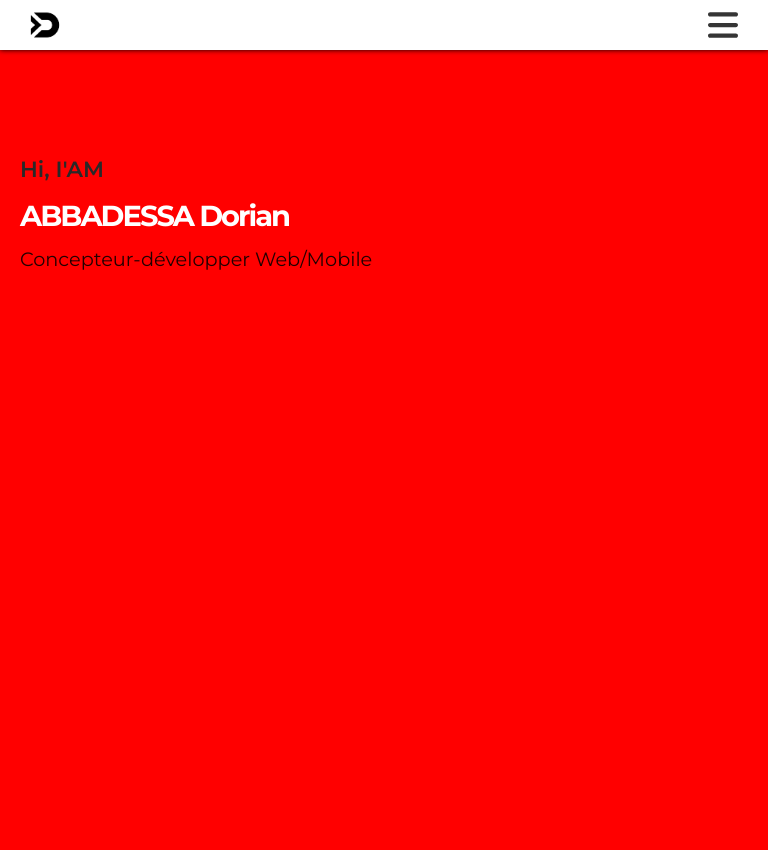
Repository: DorianABDS/Portfolio-ABBADESSA-Dorian
Page: index.html
The author's editor kept a copy of each file at every save. The page is drawn from the files as they stood at one save, then again after the next save.
The browser window is 768 px wide. The pictures show the whole page.

Above is the page before, as saved 2024-11-26 20:27:27.

After the next save:
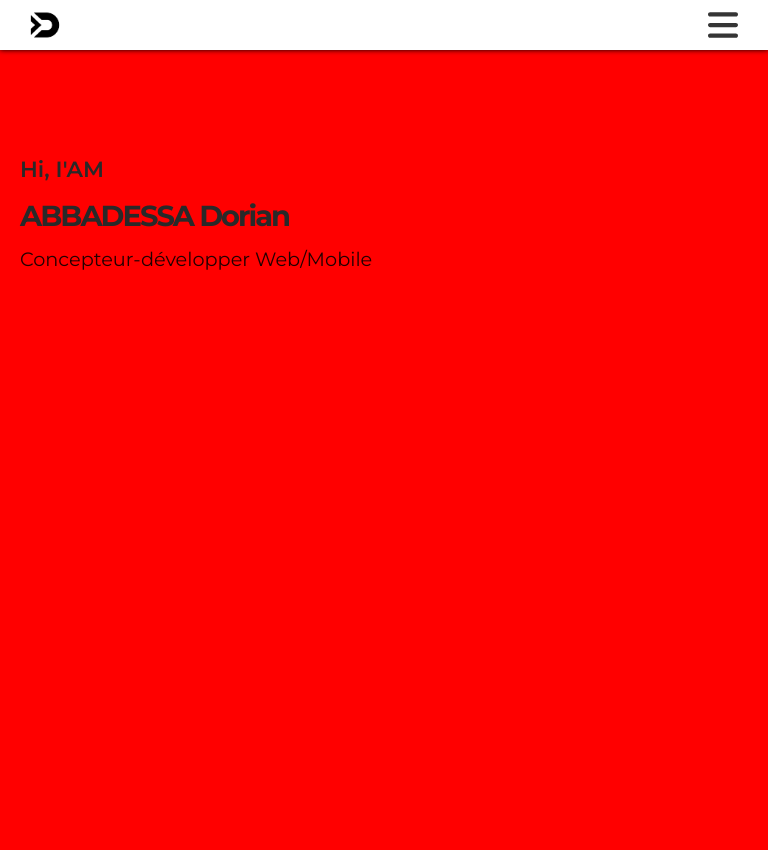
Saved 11 s later.
--- a/style.css
+++ b/style.css
@@ -159,7 +159,7 @@ html, body {
     }
 
     .accueil h1 {
-        color: #fff;
+        color: #292929;
         letter-spacing: -2px;
         font-weight: 700;
     }
